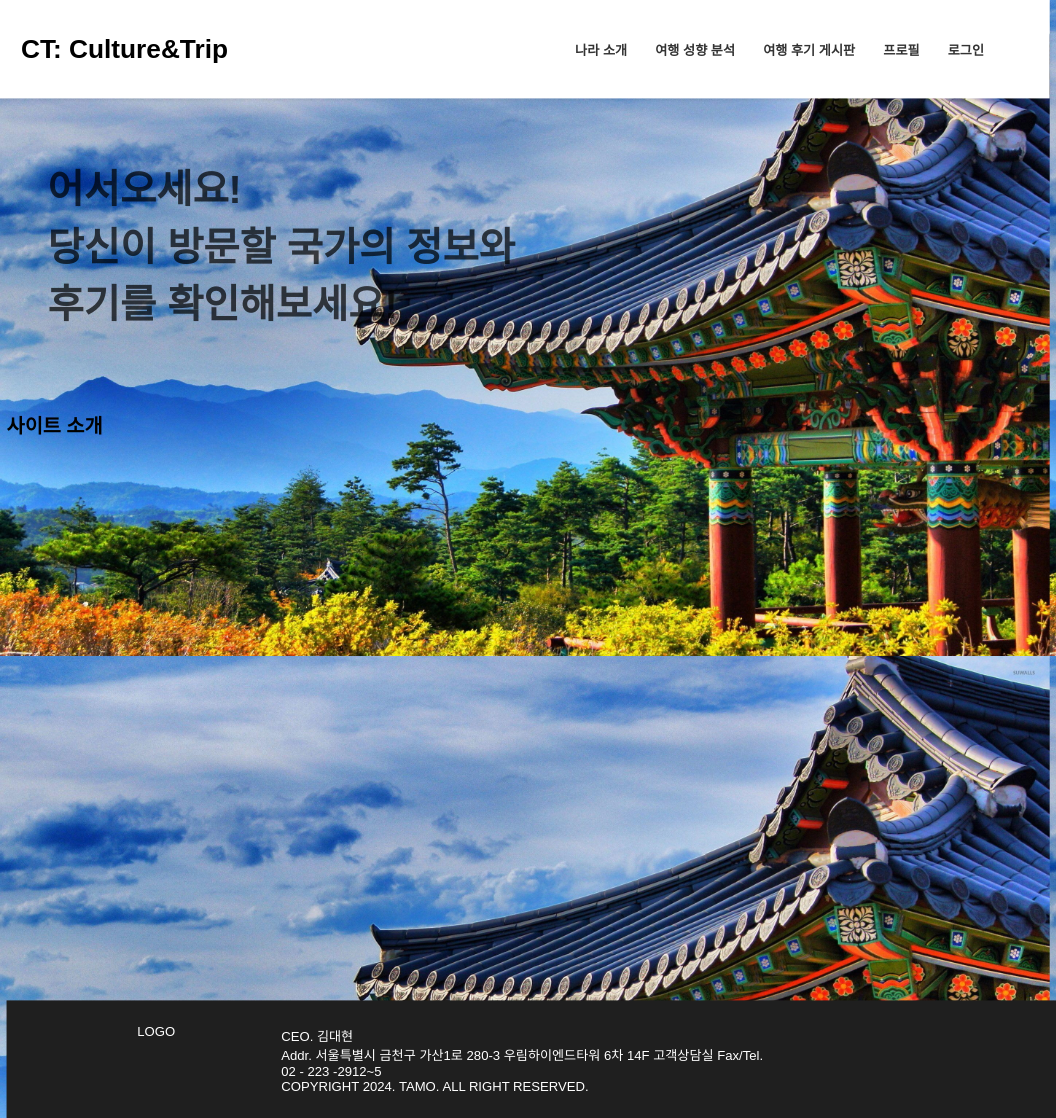
Repository: LifeIsRightward/WebServer
Page: http://localhost/JSPBook/Project/index.jsp?id=null
An editor plug-in stored every save of this project. The page is shown before and after the next save, followed by the edit.
The browser window is 1280 px wide. The page is 1288 px wide, so the pictures cover 1288 px, including what lies to the right of the window. The pictures show the whole page, at 82% of full size.
Backgrounds fixed to the window are drawn as part of the page. The page is served by Tomcat 9.

Above is the page before, as saved 2024-06-04 16:44:40.

After the next save:
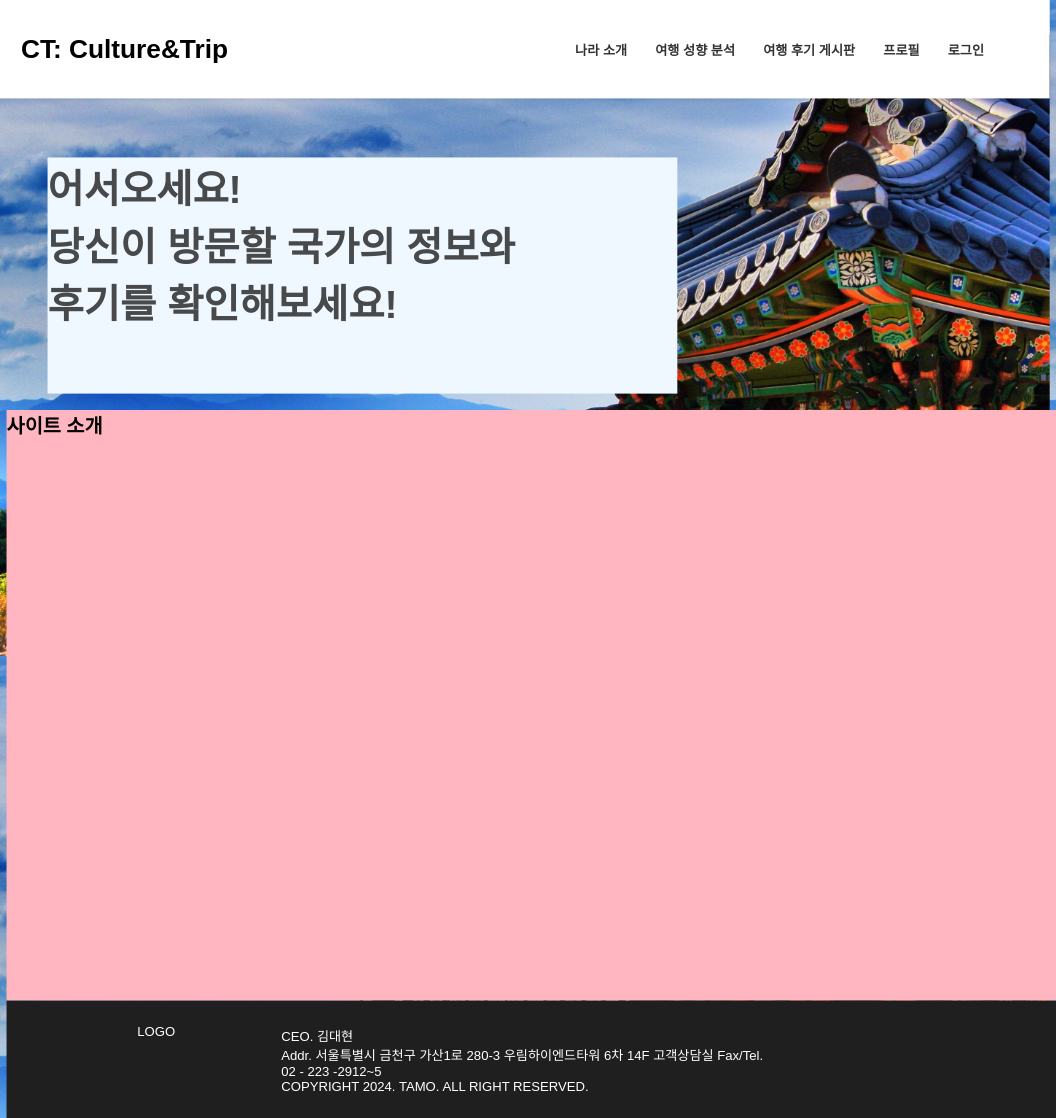
Saved 28 s later.
--- a/JSPBook/src/main/webapp/Project/css/index.css
+++ b/JSPBook/src/main/webapp/Project/css/index.css
@@ -67,6 +67,7 @@ nav a:hover {
 }
 
 #welcome-text {
+	background-color: aliceblue;
     position: relative; /* 상대 위치 설정 */
     margin-top: 15%; /* 상단 여백 추가 */
     margin-left: 50px;
@@ -81,6 +82,10 @@ nav a:hover {
     color: black; /* 텍스트 색상 */
     opacity: 0.7;
     margin: 0; /* 여백 제거 */
+}
+
+#introduce{
+	background-color: lightpink;
 }
 
 /* footer css */
